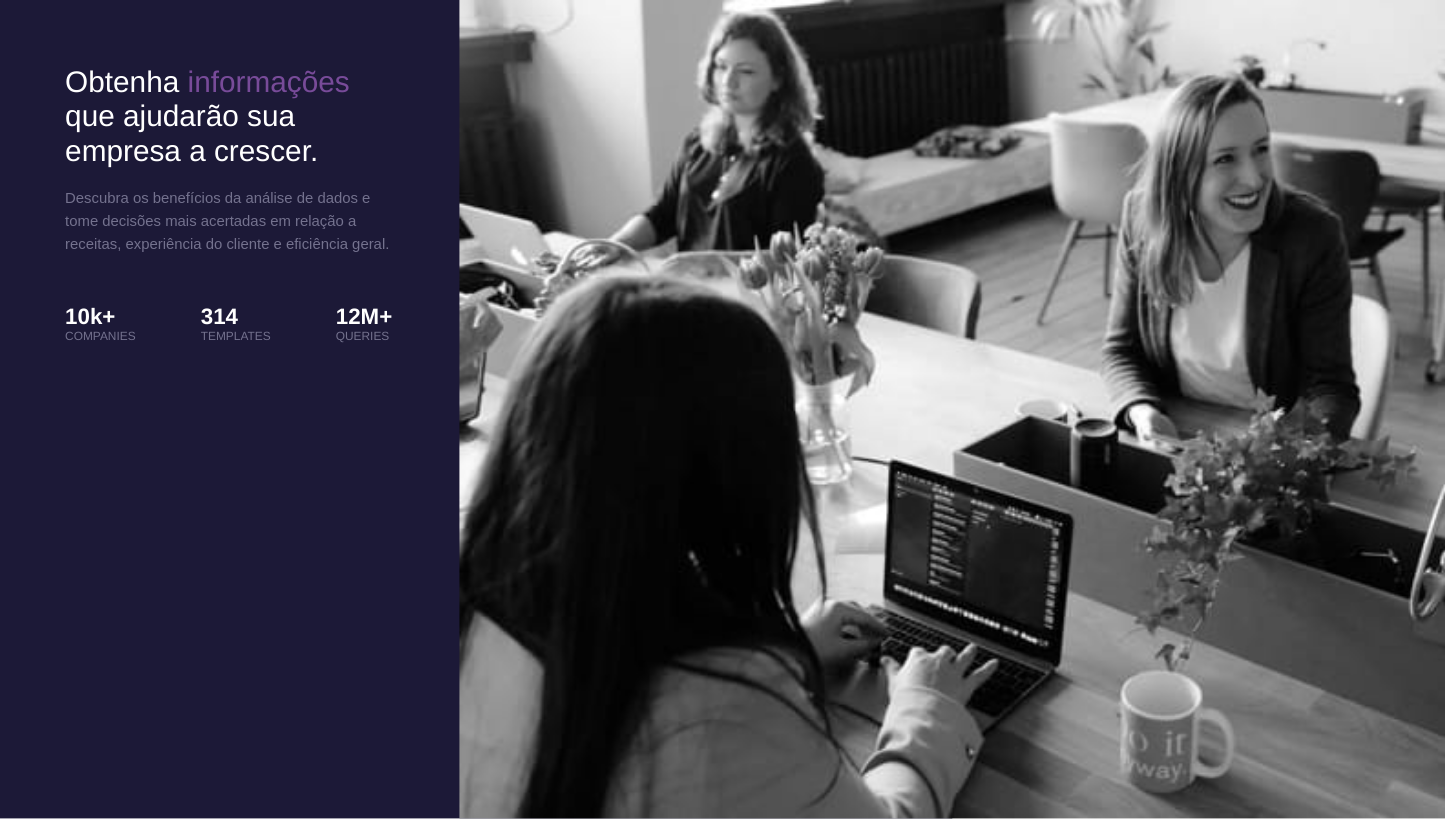
Repository: caique2512/componentes-de-estatisticas
Page: index.html
An editor plug-in stored every save of this project. The page is shown before and after the next save, followed by the edit.
The browser window is 1280 px wide. The page is 1554 px wide, then 1289 px, so the pictures cover 1554 px, including what lies to the right of the window. The pictures show the whole page, at 93% of full size.

Above is the page before, as saved 2026-03-03 17:38:07.

After the next save:
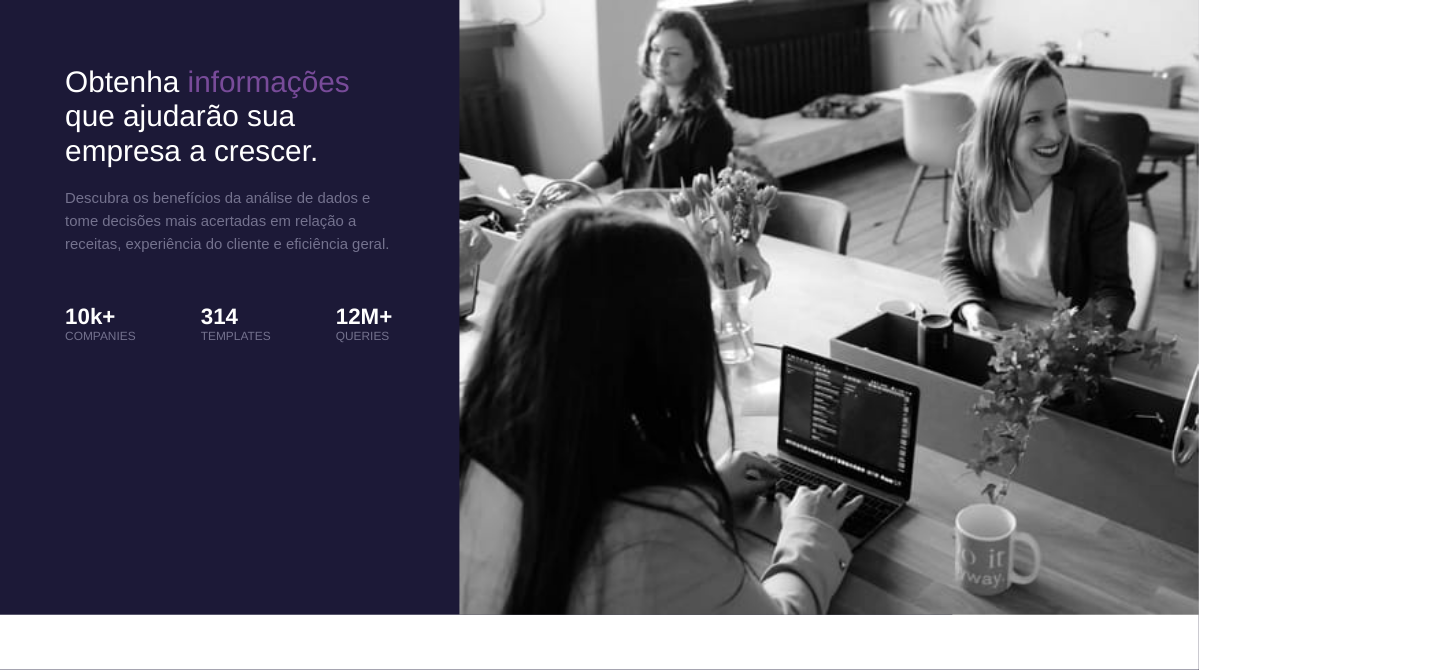
Saved 8 s later.
--- a/src/estilos.css
+++ b/src/estilos.css
@@ -48,6 +48,6 @@
 }
 
 .conteudo .img img {
-    width: 200%;
+    width: 150%;
     height: 100%;
 }
